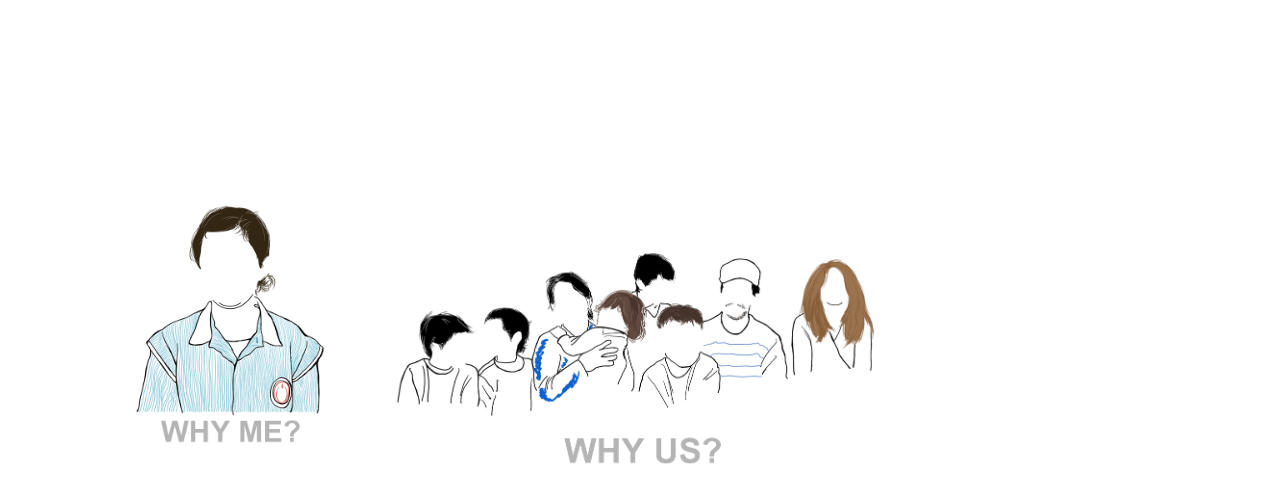
Repository: Lettie123/webpr4
Page: 04.html
These files come from the project's save history. The page is drawn as it stood at one moment and after the next save; the edit follows.
The browser window is 1280 px wide. The pictures show the whole page.

Above is the page before, as saved 2020-11-23 23:55:57.

### 04.html
<html>
    <head>
        <meta charset="UTF-8">
        <meta name="viewport" content="width=device-width,initial-scale=1" />
        <meta name="viewport" content="width=device-width,initial-scale=1.0,maximum-scale=1.0,user-scalable=no">
        <link rel="stylesheet" type="text/css" href="style05.css">

    </head>

    <body>
        <div id="r01">
            <span>
                <img src="pepic/r01.png" style="width:100%">
            </span>
        </div>

        <div id="r02">
            <span>
                <img src="pepic/r02.png" style="width:100%">
            </span>
        </div>
    </body>

### style05.css
body {
	overflow:scroll;
    overflow-y:hidden;
    overflow-x:hidden;
}

#r01{
    width: 250px;
    height: 250px;
	position: absolute;
	left: 18%;
	top: 45%;
    transform: translate(-50%,-50%);
    color: #B4B4B4;
}
#r02{
    width: 500px;
    height: 500px;
	position: absolute;
	left: 50%;
	top: 60%;
    transform: translate(-50%,-50%);
    color: #B4B4B4;
}

After the next save:
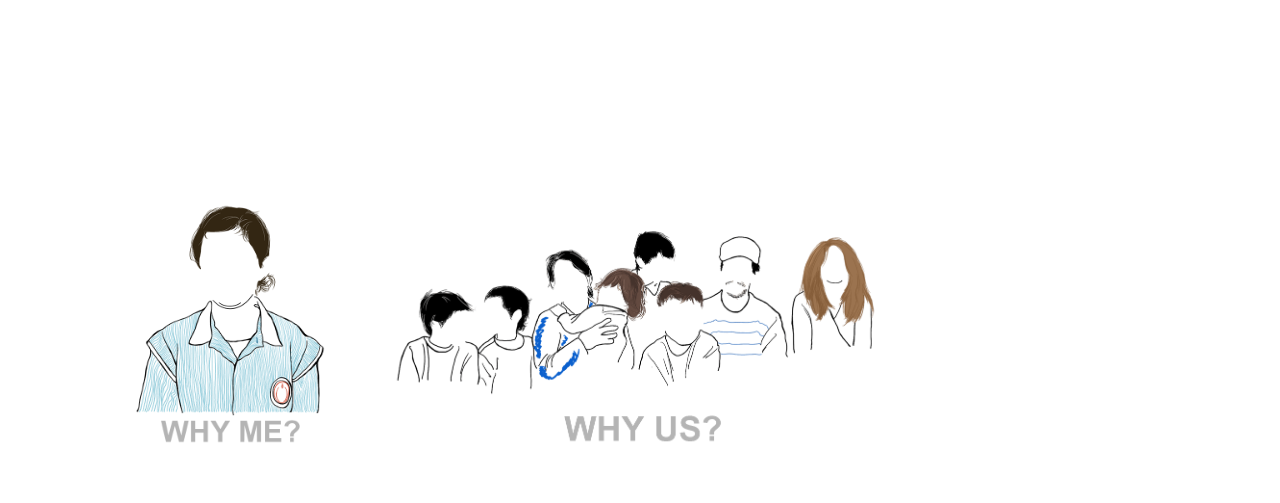
Saved 73 s later.
--- a/style05.css
+++ b/style05.css
@@ -18,7 +18,7 @@ body {
     height: 500px;
 	position: absolute;
 	left: 50%;
-	top: 60%;
+	top: 57%;
     transform: translate(-50%,-50%);
     color: #B4B4B4;
 }
